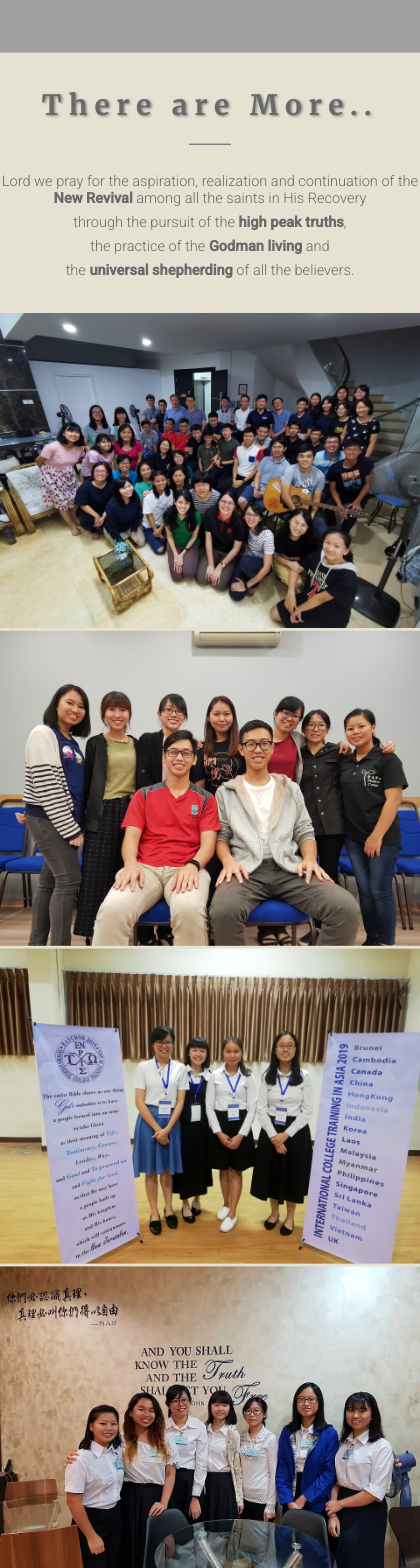
Repository: kongteckmee/christian-sc
Page: gallery.html
The author's editor kept a record of every edit. The page is drawn from the files as they stood at one moment, then again after the next edit.
The browser window is 600 px wide. The pictures show the part of the page from y = 573 to 2813 px (the page is 4692 px tall before and 4722 px after), at 70% of full size.
Pictures or frames that could not be fetched are drawn as grey boxes. Some web libraries are served in a nearby version.

Above is the page before.

After the next edit:
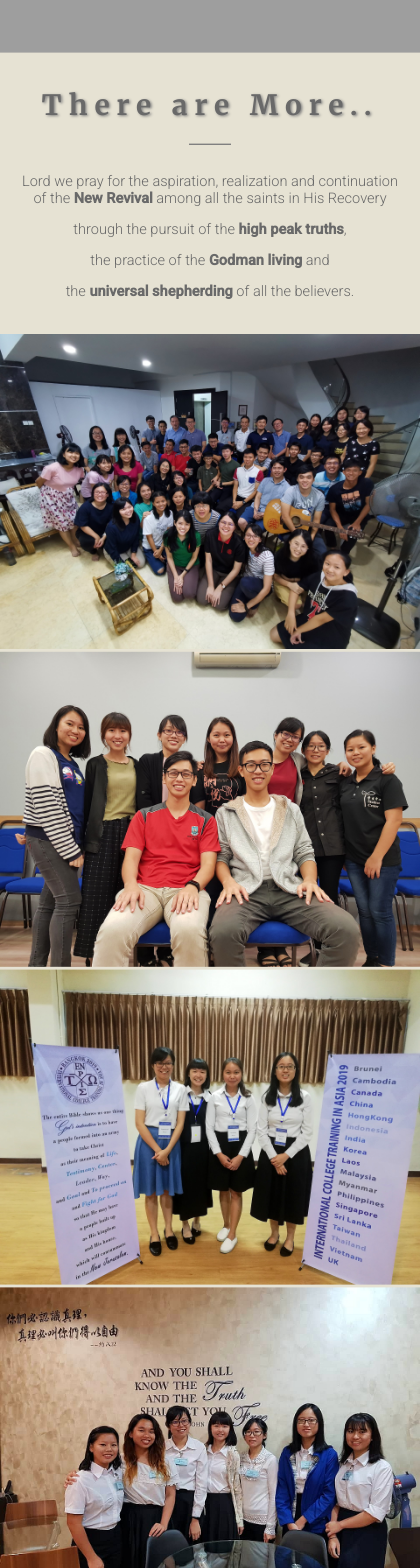
The edit:
--- a/assets/css/style.css
+++ b/assets/css/style.css
@@ -559,8 +559,9 @@
     }
 
     #photo-text h3 {
-
-    }
+        margin: 20px;
+    }
+
     #photo img {
         width: 100%;
         margin: 0;
